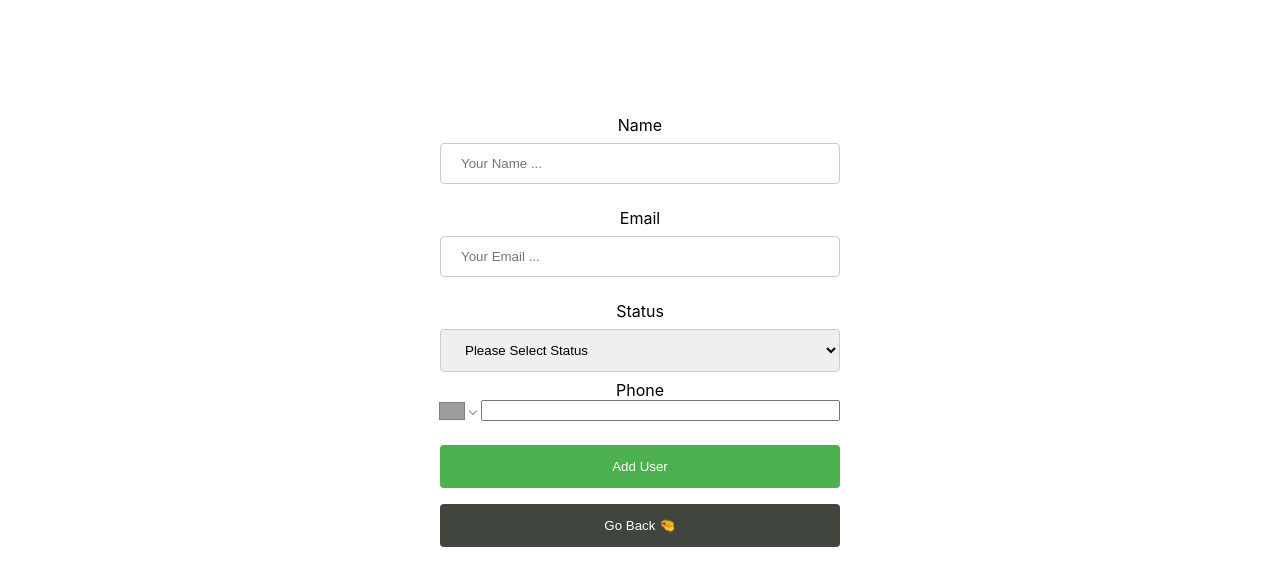
Repository: fdhhhdjd/Redux-Toolkit-CURD-Firebase
Page: /add
The author's editor kept a copy of each file at every save. The page is drawn from the files as they stood at one save, then again after a run of saves.
The browser window is 1280 px wide. The pictures show the whole page.
Pictures or frames that could not be fetched are drawn as grey boxes. The project was rebuilt for these pictures with package versions that can differ from the ones it lists, and the page was loaded fresh each time. Also part of the build but not shown: src/Styles/Home.css, src/Component/Moments.js, src/Component/Home.js, src/Styles/View.css, src/Component/View.js.

Above is the page before, as saved 2021-10-25 14:24:51.

### src/index.js
import React from "react";
import ReactDOM from "react-dom";
import "./index.css";
import App from "./App";
import store from "./Redux/Store";
import { Provider } from "react-redux";
import * as serviceWorker from "./serviceWorker";
import { ToastContextProvider } from "./ToastContext/ToastContext";

ReactDOM.render(
  <React.StrictMode>
    <Provider store={store}>
      <ToastContextProvider>
        <App />
      </ToastContextProvider>
    </Provider>
  </React.StrictMode>,
  document.getElementById("root")
);

// If you want your app to work offline and load faster, you can change
// unregister() to register() below. Note this comes with some pitfalls.
// Learn more about service workers: https://bit.ly/CRA-PWA
serviceWorker.unregister();

### src/App.js
import React from "react";
import "./App.css";
import { BrowserRouter, Switch, Route } from "react-router-dom";
import { ToastContainer } from "react-toastify";
import "react-toastify/dist/ReactToastify.css";
import { Home, View, AddEdit } from "./import/Index";
function App() {
  return (
    <>
      <BrowserRouter>
        <div className="App">
          <ToastContainer position="top-center" />
          <Switch>
            <Route exact path="/" component={Home} />
            <Route path="/add" component={AddEdit} />
            <Route path="/update/:id" component={AddEdit} />
            <Route path="/view/:id" component={View} />
          </Switch>
        </div>
      </BrowserRouter>
    </>
  );
}

export default App;

### src/Redux/Store.js
import { configureStore, createStore } from "@reduxjs/toolkit";
import logger from "redux-logger";
import thunk from "redux-thunk";
import { composeWithDevTools } from "redux-devtools-extension";
import ContactReducer from "./ContactSlice";
const middleware = [thunk];
if (process.env.NODE_ENV === "development") {
  middleware.push(logger);
}
const store = configureStore({
  reducer: {
    todos: ContactReducer,
    middleware: [logger],
  },
});

export default store;

### src/ToastContext/ToastContext.js
import React, { useState, createContext, useEffect, useRef } from "react";
export const ToastContext = createContext();
export const ToastContextProvider = ({ children }) => {
  const [list, setList] = useState([]);
  let toastProperties = null;
  const showToast = (type) => {
    switch (type) {
      case "success":
        toastProperties = {
          id: list.length + 1,
          title: "Success",
          icon: "fas fa-check-circle",
          description: "Add user Success 😊",
          backgroundColor: "toast--success",
        };
        break;
      case "danger":
        toastProperties = {
          id: list.length + 1,
          title: "Danger",
          description: "Thất bại",
          backgroundColor: "toast--error",
          button: "btn btn--danger",
          json: "fas fa-exclamation-triangle",
        };
        break;
      case "info":
        toastProperties = {
          id: list.length + 1,
          title: "Info",
          description: "Khá thành công",
          backgroundColor: "toast--info",
          json: "fas fa-info",
        };
        break;
      case "warning":
        toastProperties = {
          id: list.length + 1,
          title: "Warning",
          description: "Gần thất bại",
          backgroundColor: "toast--warning",
          json: "fas fa-radiation-alt",
        };
        break;
      default:
        toastProperties = [];
    }
    setList([...list, toastProperties]);
  };
  const data = { list, setList, showToast };

  return <ToastContext.Provider value={data}>{children}</ToastContext.Provider>;
};

### src/import/Index.js
export { default as Home } from "../Component/Home";
export { default as AddEdit } from "../Component/AddEdit";
export { default as View } from "../Component/View";

### src/Redux/ContactSlice.js
import { createSlice, createAsyncThunk } from "@reduxjs/toolkit";
import { v4 as uuidv4 } from "uuid";
import { nanoid } from "nanoid";
const initialState = {
  contacts: [
    {
      id: 1,
      name: "Nguyễn Tiến Tài",
      email: "nguyentientai10@gmai.com",
      phone: "0798805741",
      status: "Active",
    },
    {
      id: 2,
      name: "Nguyễn Hữu Quyền",
      email: "huuquyen2000@gmail.com",
      phone: "09658235656",
      status: "Inactive",
    },
    {
      id: 3,
      name: "Nguyễn Bảo Khang",
      email: "jbaokhangdesigner@gmail.com",
      phone: "0353263452",
      status: "Active",
    },
    {
      id: 4,
      name: "Bùi Huỳnh Quốc Trung	",
      email: "quoctrung@gmail.com",
      phone: "0348561815",
      status: "Inactive",
    },
    {
      id: 5,
      name: "Trần Phi Hoàng",
      email: "phihoang1@gmail.com",
      phone: "0936095986",
      status: "Active",
    },
  ],
  contact: {
    name: "",
    email: "",
    phone: "",
    status: "",
  },
  filter: "All",
};
const TodoSlice = createSlice({
  name: "todos",
  initialState,
  reducers: {
    getContact: (state, action) => {
      state.contact = state.contacts.find((item) => item.id == action.payload);
    },
    addContact: (state, action) => {
      const newData = { ...action.payload, id: uuidv4() };
      state.contacts = [...state.contacts, newData];
    },
    deleteContact: (state, action) => {
      state.contacts = state.contacts.filter(
        (item) => item.id !== action.payload
      );
    },
    updateContact: (state, action) => {
      state.contacts = state.contacts.map((item) =>
        item.id === action.payload.id ? action.payload : item
      );
    },
    setFilter: (state, action) => {
      state.filter = action.payload;
    },
  },
});
const ContactReducer = TodoSlice.reducer;
export const {
  addContact,
  deleteContact,
  getContact,
  updateContact,
  setFilter,
} = TodoSlice.actions;
export const GetTodo = (state) => state.todos;
export default ContactReducer;

### src/Component/AddEdit.js
import React, { useEffect, useState } from "react";
import {
  addContact,
  getContact,
  GetTodo,
  updateContact,
} from "../Redux/ContactSlice";
import "../Styles/AddEdit.css";
import { toast } from "react-toastify";
import { useDispatch, useSelector } from "react-redux";
import { Link, useHistory, useParams } from "react-router-dom";
import { useForm, Controller } from "react-hook-form";
import PhoneInput, { isValidPhoneNumber } from "react-phone-number-input";
import "react-phone-number-input/style.css";
const initialState = {
  name: "",
  email: "",
  phone: "",
  status: "",
};
const AddEdit = () => {
  const [state, setState] = useState(initialState);
  const dispatch = useDispatch();
  const history = useHistory();
  const { id } = useParams();
  const { name, email, phone, status } = state;
  const { contact } = useSelector(GetTodo);
  const {
    register,
    formState: { errors },
    handleSubmit,
    watch,
    control,
  } = useForm({
    mode: "all",
  });
  const handleSubmit1 = (e, data) => {
    if (!id) {
      dispatch(addContact(state), toast.success("Add user Success 😊"));
    } else {
      dispatch(updateContact(state), toast.success("Edit user Success 👌 "));
    }
    setTimeout(() => {
      history.push("/");
    }, 500);
    // }
  };
  const handleInputChange = (e) => {
    let { name, value } = e.target;
    setState({ ...state, [name]: value });
  };
  const handleDropdownChange = (e) => {
    const { name, value } = e.target;
    setState({ ...state, [name]: value });
  };
  useEffect(() => {
    dispatch(getContact(id));
    setState({ ...contact });
  }, [id, contact]);
  return (
    <>
      <div style={{ marginTop: "100px" }}>
        <form
          style={{
            margin: "auto",
            padding: "15px",
            maxWidth: "400px",
            alignContent: "center",
          }}
          onSubmit={handleSubmit(handleSubmit1)}
        >
          <label htmlFor="name">Name</label>
          <input
            type="text"
            id="name"
            placeholder="Your Name ..."
            value={name || ""}
            {...register("name", { required: true, maxLength: 20 })}
            name="name"
            onChange={handleInputChange}
          />
          <p style={{ color: "red" }}>
            {errors.name?.type === "required" && "Please Enter Name ?"}
            {errors?.name?.type === "maxLength" && (
              <p>First name cannot exceed 20 characters</p>
            )}
          </p>
          <label htmlFor="email">Email</label>
          <input
            type="email"
            id="email"
            value={email || ""}
            placeholder="Your Email ..."
            {...register("email", {
              required: true,
              pattern: /^\S+@\S+$/i,
            })}
            name="email"
            onChange={handleInputChange}
          />
          <p style={{ color: "red" }}>
            {errors.email?.type === "required" && "Please Enter Email "}
            {errors?.email?.type === "pattern" && "Email Invalid"}
          </p>

          <label htmlFor="status">Status</label>
          <select
            className="dropdown"
            name="status"
            onChange={handleDropdownChange}
          >
            <option>Please Select Status</option>
            <option value="Active" selected={status === "Active" ? status : ""}>
              Active
            </option>
            <option
              value="Inactive"
              selected={status === "Inactive" ? status : ""}
            >
              Inactive
            </option>
          </select>
          <label htmlFor="phone">Phone</label>
          <Controller
            name="phone-input"
            control={control}
            rules={{
              validate: (value) => isValidPhoneNumber(value),
            }}
            render={({ field: { onChange, value } }) => (
              <PhoneInput
                value={value}
                onChange={onChange}
                defaultCountry="TH"
                id="phone-input"
              />
            )}
          />

          <p style={{ color: "red" }}>
            {errors.phone?.type === "required" &&
              "Please Phone and Correct Number"}
          </p>
          {id ? (
            <input type="submit" value="Edit User" />
          ) : (
            <input type="submit" value="Add User" />
          )}
          <Link to="/">
            <input type="button" value="Go Back 🤏" />
          </Link>
        </form>
      </div>
    </>
  );
};

export default AddEdit;

### src/Styles/AddEdit.css
input[type="text"],
input[type="email"],
input[type="number"],
select {
  width: 100%;
  padding: 12px 20px;
  margin: 8px 0;
  display: inline-block;
  border: 1px solid #ccc;
  border-radius: 4px;
  box-sizing: border-box;
}

input[type="submit"] {
  width: 100%;
  background-color: #4caf50;
  color: white;
  padding: 14px 20px;
  margin: 8px 0;
  border: none;
  border-radius: 4px;
  cursor: pointer;
}

input[type="button"] {
  width: 100%;
  background-color: #40453e;
  color: white;
  padding: 14px 20px;
  margin: 8px 0;
  border: none;
  border-radius: 4px;
  cursor: pointer;
}

input[type="submit"]:hover {
  background-color: #45a049;
}

.dropdown {
  width: 100%;
}

Loaded but not shown: public/index.html (common file); src/index.css (common file); src/serviceWorker.js (common file); src/App.css (common file)

After the next 2 saves:
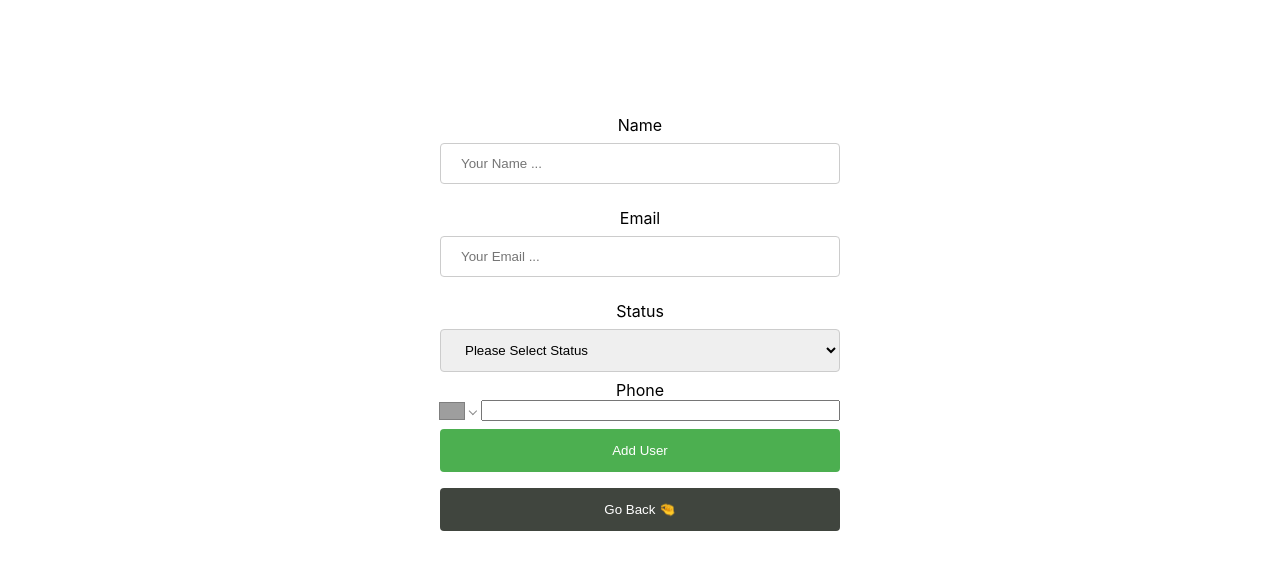
The 2 saves are shown as one change because they came seconds apart.
The last was saved 30 s later.
--- a/src/Component/AddEdit.js
+++ b/src/Component/AddEdit.js
@@ -136,11 +136,9 @@ const AddEdit = () => {
               />
             )}
           />
-
-          <p style={{ color: "red" }}>
-            {errors.phone?.type === "required" &&
-              "Please Phone and Correct Number"}
-          </p>
+          {errors["phone-input"] && (
+            <p className="error-message">Invalid Phone</p>
+          )}
           {id ? (
             <input type="submit" value="Edit User" />
           ) : (
